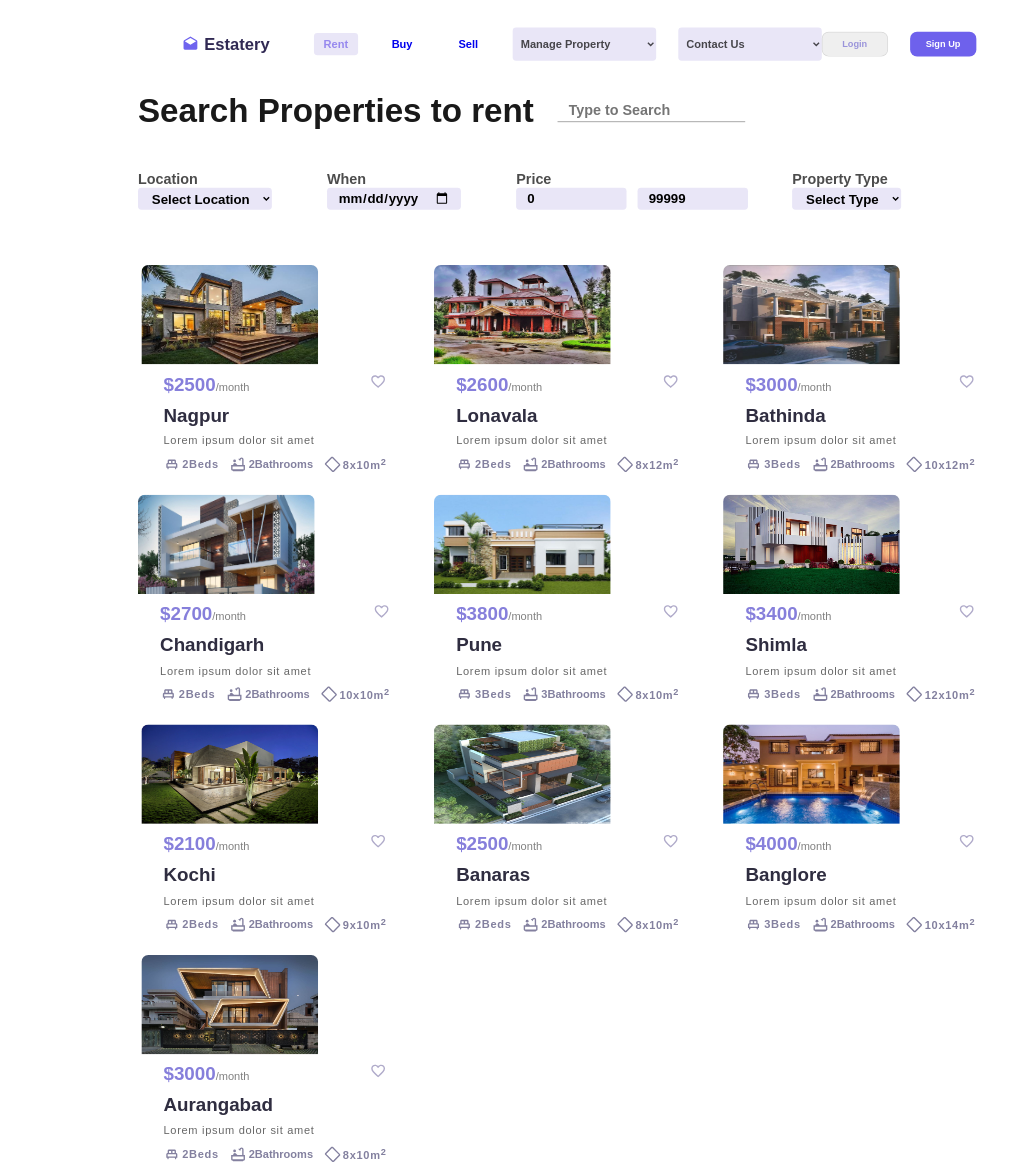
Repository: kapil4457/Reunion-Internship-Assignment
Page: /
An editor plug-in stored every save of this project. The page is shown before and after a run of saves, followed by the edit.
The browser window is 1280 px wide. The page is 1445 px wide, then 1480 px, then 1445 px, so the pictures cover 1480 px, including what lies to the right of the window. The pictures show the whole page, at 69% of full size.
The project was rebuilt for these pictures with package versions that can differ from the ones it lists, and the page was loaded fresh each time. Also part of the build but not shown: src/App.css.

Above is the page before, as saved 2022-10-07 18:59:37.

### public/index.html
<!DOCTYPE html>
<html lang="en">
  <head>
    <meta charset="utf-8" />
    <link rel="icon" href="%PUBLIC_URL%/favicon.ico" />
    <meta name="viewport" content="width=device-width, initial-scale=1" />
    <meta name="theme-color" content="#000000" />
    <meta
      name="description"
      content="Web site created using create-react-app"
    />
    <link href="https://fonts.googleapis.com/css2?family=Roboto:ital,wght@1,300&display=swap" rel="stylesheet">
    <link rel="apple-touch-icon" href="%PUBLIC_URL%/logo192.png" />
    <link rel="preconnect" href="https://fonts.googleapis.com">
    <link rel="preconnect" href="https://fonts.googleapis.com">
    <!--
      manifest.json provides metadata used when your web app is installed on a
      user's mobile device or desktop. See https://developers.google.com/web/fundamentals/web-app-manifest/
    -->
    <link rel="manifest" href="%PUBLIC_URL%/manifest.json" />
    <!--
      Notice the use of %PUBLIC_URL% in the tags above.
      It will be replaced with the URL of the `public` folder during the build.
      Only files inside the `public` folder can be referenced from the HTML.

      Unlike "/favicon.ico" or "favicon.ico", "%PUBLIC_URL%/favicon.ico" will
      work correctly both with client-side routing and a non-root public URL.
      Learn how to configure a non-root public URL by running `npm run build`.
    -->
    <title>React App</title>
  </head>
  <body>
    <noscript>You need to enable JavaScript to run this app.</noscript>
    <div id="root"></div>
    <!--
      This HTML file is a template.
      If you open it directly in the browser, you will see an empty page.

      You can add webfonts, meta tags, or analytics to this file.
      The build step will place the bundled scripts into the <body> tag.

      To begin the development, run `npm start` or `yarn start`.
      To create a production bundle, use `npm run build` or `yarn build`.
    -->
  </body>
</html>

### src/index.css
*{
  font-family: 'Poppins', sans-serif;
  font-weight:600;
}

/* Chrome, Safari, Edge, Opera */
input::-webkit-outer-spin-button,
input::-webkit-inner-spin-button {
  -webkit-appearance: none;
  margin: 0;
}

/* Firefox */
input[type=number] {
  -moz-appearance: textfield;
}

### src/App.js
import { Route, Routes } from 'react-router-dom';
import './App.css';
import Header from './components/Header/Header';
import Home from  './components/Home/Home'
import Rent from './components/Rent/Rent';

function App() {
  return (
    <>
    <Header />
    <Routes>
      <Route path='/' element={<Home/>}/>
      <Route path='/rent' element={<Rent/>}/>
    </Routes>
    </>
  );
}

export default App;

### src/components/Header/Header.jsx
import React from "react";
import DraftsIcon from "@mui/icons-material/Drafts";
import { NavLink } from "react-router-dom";
import "./Header.css";
const Header = () => {
  return (
    <>
      <div className="header">
        <div className="left">
          <div className="logo">
            <DraftsIcon />
            <span>Estatery</span>
          </div>
          <div className="categories">
            <NavLink
              to="/rent"
              className={({ isActive }) => (isActive ? "activeClass" : "")}
            >
              Rent
            </NavLink>
            <NavLink
              to="/buy"
              className={({ isActive }) => (isActive ? "activeClass" : "")}
            >
              Buy
            </NavLink>
            <NavLink
              to="/sell"
              className={({ isActive }) => (isActive ? "activeClass" : "")}
            >
              Sell
            </NavLink>
            <select name="" id="manage">
              <option value="Manage Property" hidden>
                Manage Property
              </option>
              <option value="Owned">Owned</option>
              <option value="BookMarked">BookMarked</option>
            </select>
            <select name="" id="resources">
              <option value="contact">Contact Us</option>
              <option value="FAQ">FAQ</option>
            </select>
          </div>
        </div>
        <div className="right">
          <button className="login">Login</button>
          <button className="sign-up">Sign Up</button>
        </div>
      </div>
    </>
  );
};

export default Header;

### src/components/Home/Home.jsx
import React, { useEffect } from "react";
import { useNavigate } from "react-router-dom";

const Home = () => {
  const navigate = useNavigate();
  useEffect(() => {
    navigate("/rent");
  });
  return <></>;
};

export default Home;

### src/components/Rent/Rent.jsx
import React, { useState } from "react";
import { home } from "../../home";
import RentCard from "../RentCard/RentCard";
import "./Rent.css";
const Rent = () => {
  const [location, setlocation] = useState("");
  const [rangeMin, setMinRange] = useState(0);
  const [rangeMax, setMaxRange] = useState(99999);
  const [type, setType] = useState("");
  const [date, setDate] = useState(new Date());
  const [typed, setTyped] = useState("");

  //date -> YY/MM/DD format
  const filtering = (val) => {
    var dateNow = new Date(val.moveIn);
    var date2 = new Date(date);

    if (
      (location === "" || location == val.state) &&
      (parseInt(rangeMax) > val.price || rangeMax == "") &&
      (parseInt(rangeMin) < val.price || rangeMin == "") &&
      type === "" &&
      date2 <= dateNow &&
      (typed === "" || val.state.includes(typed) || val.address.includes(typed))
    ) {
      console.log(date2, dateNow);
      return true;
    }
  };
  return (
    <>
      <div className="rent-main">
        <div className="first">
          <div className="heading">Search Properties to rent</div>
          <input
            className="search-bar"
            placeholder="Type to Search"
            value={typed}
            onChange={(e) => {
              setTyped(e.target.value);
            }}
          />
        </div>
        <div className="second">
          <div>
            <span>Location</span>
            <select
              name=""
              id=""
              onChange={(e) => {
                setlocation(e.target.value);
              }}
            >
              <option value="" hidden>
                Select Location
              </option>
              <option value="Bathinda">Bathinda</option>
              <option value="Nagpur">Nagpur</option>
              <option value="Lonavala">Lonavala</option>
              <option value="Chandigarh">Chandigarh</option>
              <option value="Pune">Pune</option>
              <option value="Shimla">Shimla</option>
              <option value="Kochi">Kochi</option>
              <option value="Banaras">Banaras</option>
              <option value="Banglore">Banglore</option>
              <option value="Aurangabad">Aurangabad</option>
            </select>
          </div>
          <div>
            <span>When</span>
            <input
              type="date"
              onChange={(e) => {
                setDate(e.target.value);
              }}
            />
          </div>
          <div>
            <span>Price</span>
            <div>
              {/* <input
                type="range"
                name=""
                className="price-range"
                max={10000}
                min={500}
                onChange={(e) => {
                  setRange(e.target.value);
                }}
              />
              <span>{range}</span> */}
              <input
                type="number"
                placeholder="Minimum"
                value={rangeMin}
                onChange={(e) => {
                  setMinRange(e.target.value);
                }}
              />
              <input
                type="number"
                placeholder="Maximum"
                value={rangeMax}
                onChange={(e) => {
                  setMaxRange(e.target.value);
                }}
              />
            </div>
          </div>
          <div>
            <span>Property Type</span>
            <select
              name=""
              id=""
              onChange={(e) => {
                setType(e.target.value);
              }}
            >
              <option value="" hidden>
                Select Type
              </option>
              <option value="">Villa</option>
              <option value="">Flats</option>
              <option value="">RowHouse</option>
            </select>
          </div>
        </div>
        <div className="rent-cards">
          {home.filter(filtering).map((item, idx) => (
            <RentCard data={item} key={idx} />
          ))}
        </div>
      </div>
    </>
  );
};

export default Rent;

### src/components/Header/Header.css

.header{
display:flex;
justify-content:space-between;
align-items:center;
padding:2rem 4rem;
}

.left{
    display:flex;
    align-items:center;
    gap:4rem;
}
.left > .logo{
    display:flex;
    align-items:center;
    gap:0.5rem;
    font-size:1.5rem;
    font-weight:650;
    color:rgb(48,41,83);
}

.left > .logo > svg{
    color:rgb(110,99,238);
}

.categories{
    display:flex;
    align-items:center;
    gap:2rem;
}

.categories > a{
    text-decoration:none;
    font-weight:550;
    height:2rem;
    display:flex;
    align-items:center;
    width:4rem;
    justify-content: center;
}

.activeClass{
    color:rgb(150, 136, 238);
    background-color: rgb(233,230,247);
    border-radius: 5px;
}

.categories > select{
    width:13rem;
    height:3rem;
    border:none;
    outline:none;
    color:rgba(0,0,0,0.7);
    font-weight:550;
    background-color:rgb(233,230,247);
    border-radius:5px;
    padding:0 0.5rem;
    font-size:1rem;
}

.categories > select > option{
    font-size:1rem;
    font-weight:550;

}
.right{
    display:flex;
    align-items:center;
    gap:2rem;

}

.right > button {
    width:6rem;
    height:2.3rem;
    border-radius:10px;
    outline:none;

}

.login{
border:1px solid rgba(0,0,0,0.1);
color:rgb(154, 148, 218);
font-weight:650;
cursor:pointer;
}

.sign-up
{
    background-color:rgb(110,97,236);
    color:white;
    cursor:pointer;
    border:none;
}

### src/home.js
export const home = [

        {
            state:"Nagpur",
            price:2500,
            address:" Lorem ipsum dolor sit amet ",
            bedCount:2,
            bathCount:2,
            area:"8x10",
            image:"h1.jpg",
            moveIn:new Date(2022,10,20),
            type:"Villa"

        },
        {
            state:"Lonavala",
            price:2600,
            address:" Lorem ipsum dolor sit amet ",
            bedCount:2,
            bathCount:2,
            area:"8x12",
            image:"h2.jpg",
            moveIn:new Date(2022,11,20),
            type:"Flats"



        },     {
            state:"Bathinda",
            price:3000,
            address:" Lorem ipsum dolor sit amet ",
            bedCount:3,
            bathCount:2,
            area:"10x12",
            image:"h3.jpg",
            moveIn:new Date(2022,11,12),
            type:"RowHouse"



        },     {
            state:"Chandigarh",
            price:2700,
            address:" Lorem ipsum dolor sit amet ",
            bedCount:2,
            bathCount:2,
            area:"10x10",
            image:"h4.jpg",
            moveIn:new Date(2023,1,20),
            type:"Villa"



        },     {
            state:"Pune",
            price:3800,
            address:" Lorem ipsum dolor sit amet ",
            bedCount:3,
            bathCount:3,
            area:"8x10",
            image:"h5.jpg",
            moveIn:new Date(2023,1,10),
            type:"Flats"


        },     {
            state:"Shimla",
            price:3400,
            address:" Lorem ipsum dolor sit amet ",
            bedCount:3,
            bathCount:2,
            area:"12x10",
            image:"h6.jpg",
            moveIn:new Date(2023,2,15),
            type:"RowHouse"



        },     {
            state:"Kochi",
            price:2100,
            address:" Lorem ipsum dolor sit amet ",
            bedCount:2,
            bathCount:2,
            area:"9x10",
            image:"h7.jpg",
            moveIn:new Date(2023 , 2 ,15),
            type:"Villa"


        },     {
            state:"Banaras",
            price:2500,
            address:" Lorem ipsum dolor sit amet ",
            bedCount:2,
            bathCount:2,
            area:"8x10",
            image:"h8.jpg",
            moveIn:new Date(2023 , 3 ,19),
            type:"Flats"



        },     {
            state:"Banglore",
            price:4000,
            address:" Lorem ipsum dolor sit amet ",
            bedCount:3,
            bathCount:2,
            area:"10x14",
            image:"h9.jpg",
            moveIn:new Date(2023 , 5 , 19),
            type:"RowHouse"



        },     {
            state:"Aurangabad",
            price:3000,
            address:" Lorem ipsum dolor sit amet ",
            bedCount:2,
            bathCount:2,
            area:"8x10",
            image:"h10.jpg",
            moveIn:new Date(2023 , 6 , 6),
            type:"Villa"



        },

]

### src/components/RentCard/RentCard.jsx
import React from "react";
import "./RentCard.css";
import FavoriteBorderIcon from "@mui/icons-material/FavoriteBorder";
import SingleBedIcon from "@mui/icons-material/SingleBed";
import BathtubOutlinedIcon from "@mui/icons-material/BathtubOutlined";
import Crop54Icon from "@mui/icons-material/Crop54";
const RentCard = ({ data }) => {
  console.log(data);
  return (
    <div className="rent-card-main">
      <div className="main-image">
        <img src={`${data.image}`} alt="" />
      </div>
      <div className="rent-card-info">
        <div className="rent-card-price">
          <div>
            <span>${data.price}</span>/month
          </div>
          <FavoriteBorderIcon />
        </div>
        <div className="rent-card-name">{data.state}</div>
        <div className="rent-card-address">{data.address}</div>
        <div className="icons">
          <div className="beds">
            <SingleBedIcon />
            <span>{data.bedCount}Beds</span>
          </div>
          <div className="bath">
            <BathtubOutlinedIcon />
            <span>{data.bathCount}Bathrooms</span>
          </div>
          <div className="area">
            <Crop54Icon />
            <span>
              {data.area}m<sup>2</sup>
            </span>
          </div>
        </div>
      </div>
    </div>
  );
};

export default RentCard;

### src/components/Rent/Rent.css
body{

    padding:0 12rem;
}

.first{
    display:flex;
    height:5rem;
    justify-content: space-between;
    align-items:center;
    margin-bottom:3rem;
}

.first > .heading{
    font-size:3rem;
    font-weight:650;
    color:rgba(0,0,0,0.9);
}

.first > .search-bar{
    width:15rem;
    padding:0 1rem;
    border:none;
    border-bottom:1px solid gray;
    outline:none;
    height:2rem;
    font-size:1.3rem;
}
.second > div >select {
    font-size:1.2rem;
    height:2rem;
    padding:0 1rem;
    border-radius:5px;
    border:none;
    outline:none;
    background-color:rgb(233,230,247);
}
.second > div >input  , .second > div >div>input {
    font-size:1.2rem;
    height:2rem;
    border-radius:5px;
    border:none;
    outline:none;
    padding:0 1rem;

    background-color:rgb(233,230,247);
}

.second > div >div{
display:flex;
gap:1rem;

}
.second > div >div>input{
width:8rem;

}
.second{
    display: flex;
    gap:5rem;
}
.second>div{
    display:flex;
    flex-direction: column;
    width:20rem;
}

.second >div>span{
    color:rgba(0,0,0,0.7);
    font-size:1.3rem;
    font-weight:550;
}


.rent-cards{
    display:grid;
    grid-template-columns: 1fr 1fr 1fr;
    margin-top:5rem;
    place-items:center;
    gap:2rem;
    border-radius:10px;
}

### src/components/RentCard/RentCard.css

.main-image{
    width:20vw;
    border-radius:10px 10px 0 0;
    height:20vh;
}
.rent-card-info{
    padding:0.8rem 2rem 0 2rem;
    display: flex;
    flex-direction: column;
    gap:0.8rem;

}

.main-image > img{
    border-radius:10px 10px 0 0;
width:100%;
height:100%;
}

.rent-card-price{
    display:flex;
    justify-content:space-between;

}
.rent-card-price >div{
    color:gray;
    font-weight: 500;
}
.rent-card-price > svg{
    color:rgb(176,171,202);
    cursor:pointer;
}

.rent-card-price >div > span{
    font-size:1.7rem;
    font-weight:600;
    color:rgb(134, 127, 219);
}

.rent-card-name{
    /* padding:0.7rem 0 0 0 ; */
    font-weight:670;
    color:rgb(47,45,64);
    font-size:1.7rem;
}
.rent-card-address{
    color:rgba(0,0,0,0.6);
    font-weight: 350;
    letter-spacing: 1px;
}

.icons{
    display:flex;
    gap:1rem;
}

.icons > .beds , .icons > .bath , .icons >.area{
    display: flex;
    align-items: center;
    gap:0.2rem;
    font-weight:450;
    color:rgb(131,128,159);
}

.icons > .beds>span , .icons>span > .bath>span, .icons >.area>span{
    letter-spacing: 1px;
}

.icons > .area  > svg{
    transform:rotate(45deg)

}

Loaded but not shown: src/index.js (common file); src/reportWebVitals.js (common file)

After the next 2 saves:
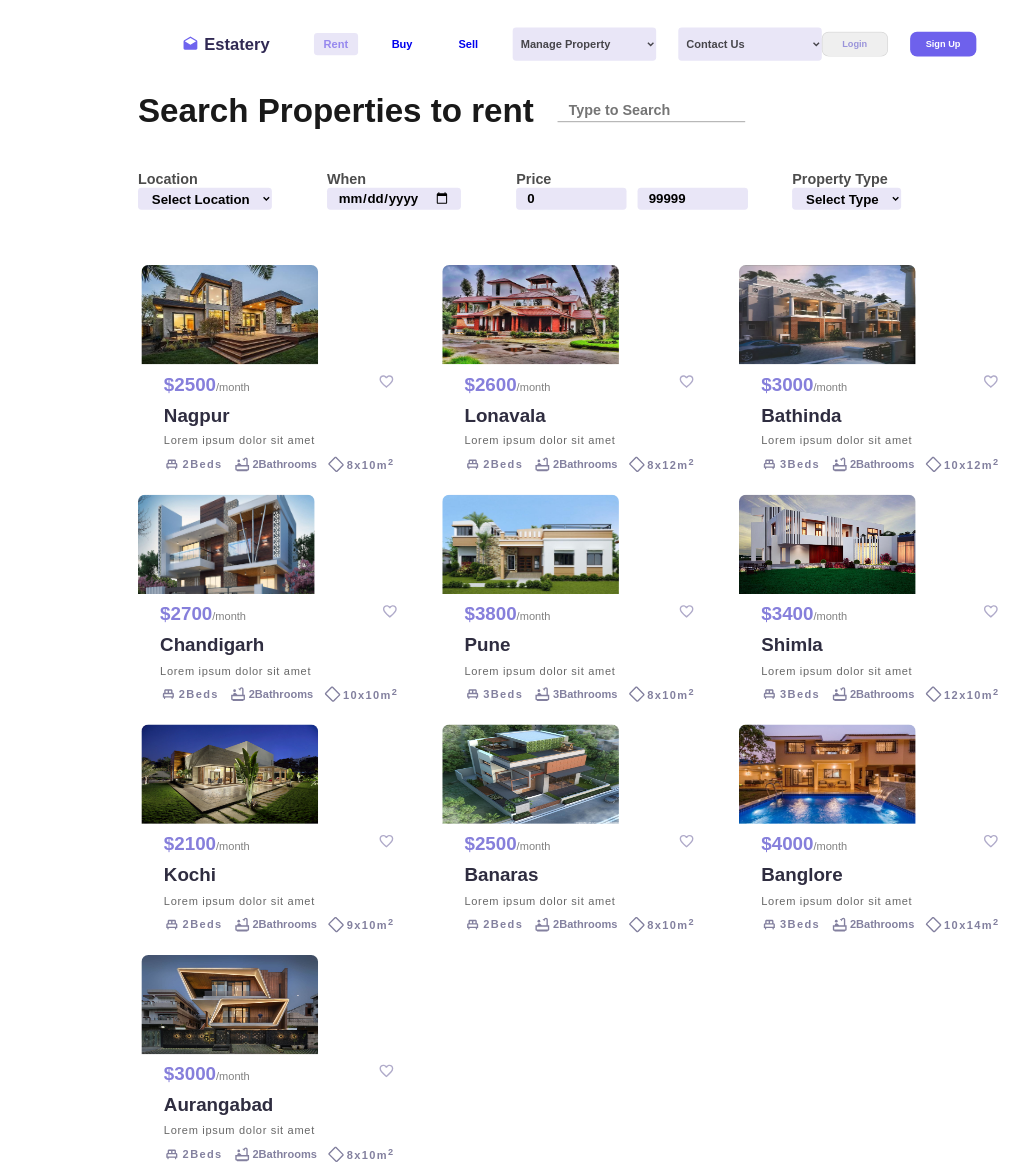
The 2 saves are shown as one change because they came seconds apart.
The last was saved 27 s later.
--- a/src/components/RentCard/RentCard.css
+++ b/src/components/RentCard/RentCard.css
@@ -64,7 +64,7 @@
 }
 
 .icons > .beds>span , .icons>span > .bath>span, .icons >.area>span{
-    letter-spacing: 1px;
+    letter-spacing: 2px;
 }
 
 .icons > .area  > svg{

After the save that followed:
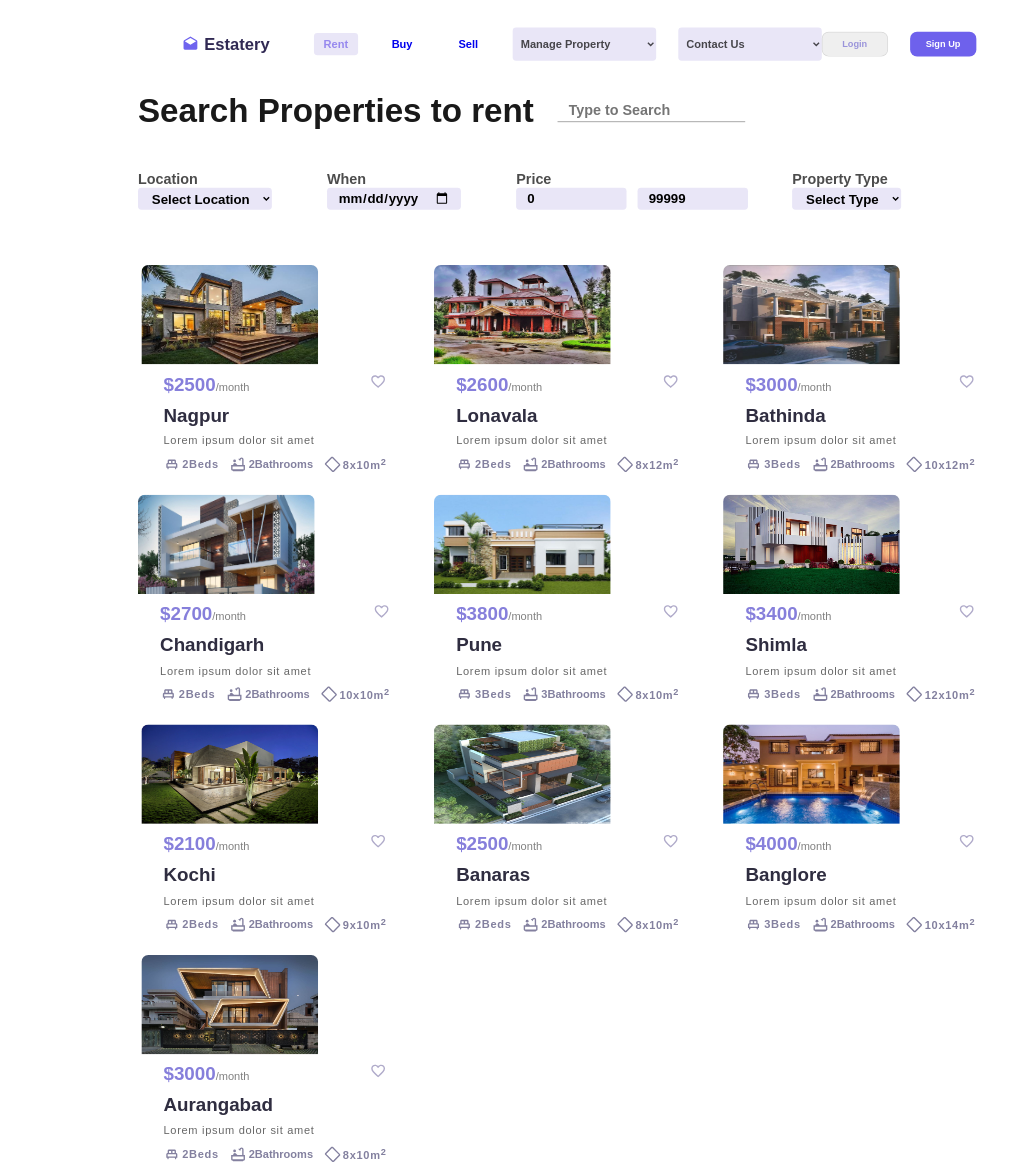
Saved 12 s later.
--- a/src/components/RentCard/RentCard.css
+++ b/src/components/RentCard/RentCard.css
@@ -64,7 +64,7 @@
 }
 
 .icons > .beds>span , .icons>span > .bath>span, .icons >.area>span{
-    letter-spacing: 2px;
+    letter-spacing: 1px;
 }
 
 .icons > .area  > svg{
